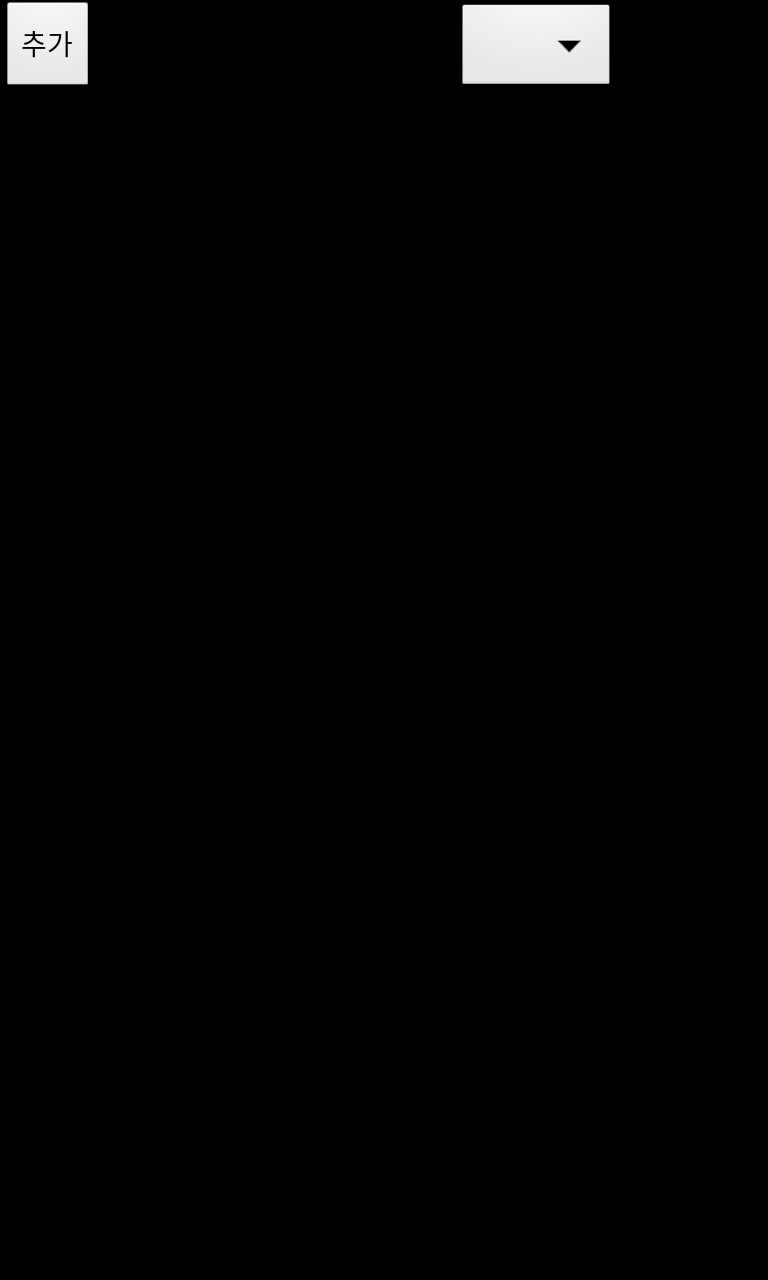
Repository: ET-Bike/E.T-Bike
Layout: Android_Client_ETBike/ETBike/ETBike/res/layout/myprofile.xml
An editor plug-in stored every save of this project. The layout is shown before and after a run of saves, followed by the edit.
It is drawn on a 768 x 1280 px phone screen (xhdpi) without system bars, with theme android:Theme.NoTitleBar; the app's code is not run. Lists and similar views that code fills are empty.

Above is the layout before, as saved 2012-11-08 00:28:51.

After the next 2 saves:
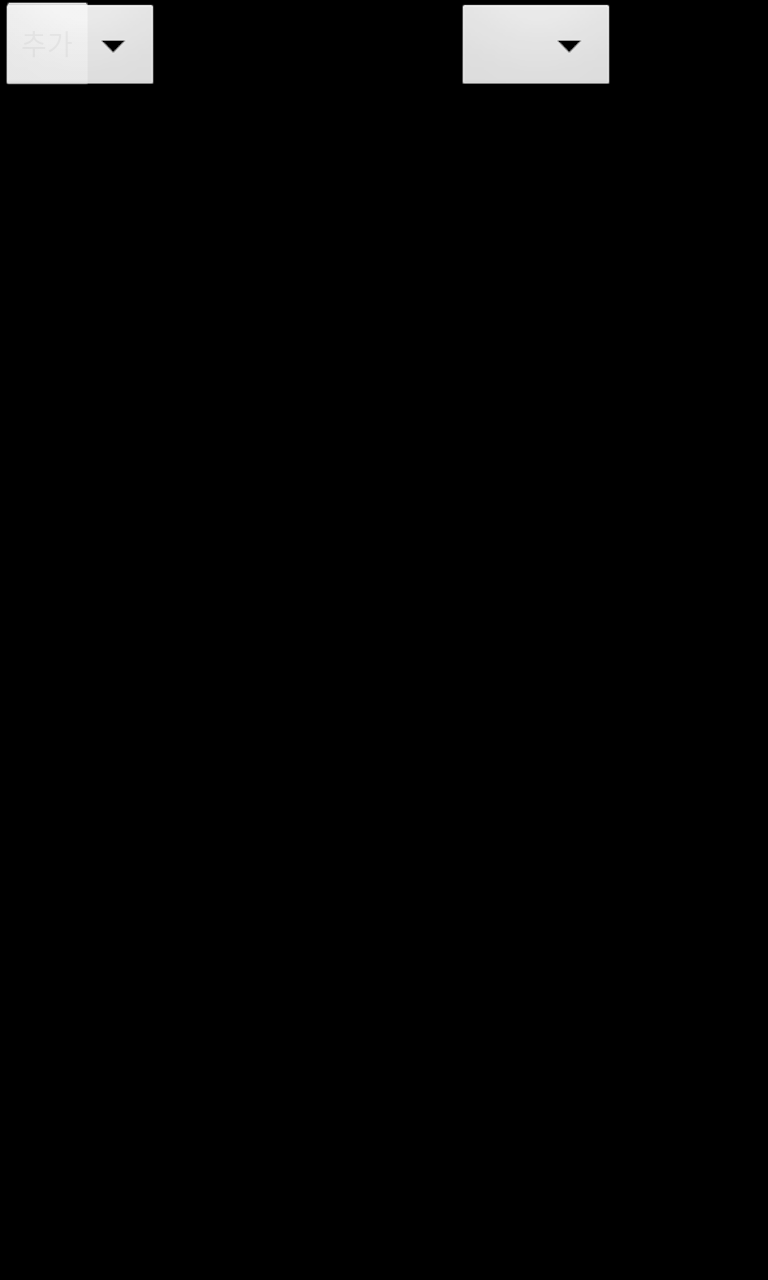
The 2 saves are shown as one change because they came seconds apart.
The last was saved 46 s later.
--- a/Android_Client_ETBike/ETBike/ETBike/res/layout/myprofile.xml
+++ b/Android_Client_ETBike/ETBike/ETBike/res/layout/myprofile.xml
@@ -61,16 +61,11 @@
             android:layout_weight="1"
             android:orientation="horizontal" >
 
-            <Button
-                android:layout_width="wrap_content"
-                android:layout_height="wrap_content"
-                android:layout_gravity="left"
-                android:text="추가" />
 
             <Spinner
                 android:layout_width="wrap_content"
                 android:layout_height="wrap_content"
-                android:layout_marginLeft="180dp" />
+                 />
         </LinearLayout>
 
         <LinearLayout
